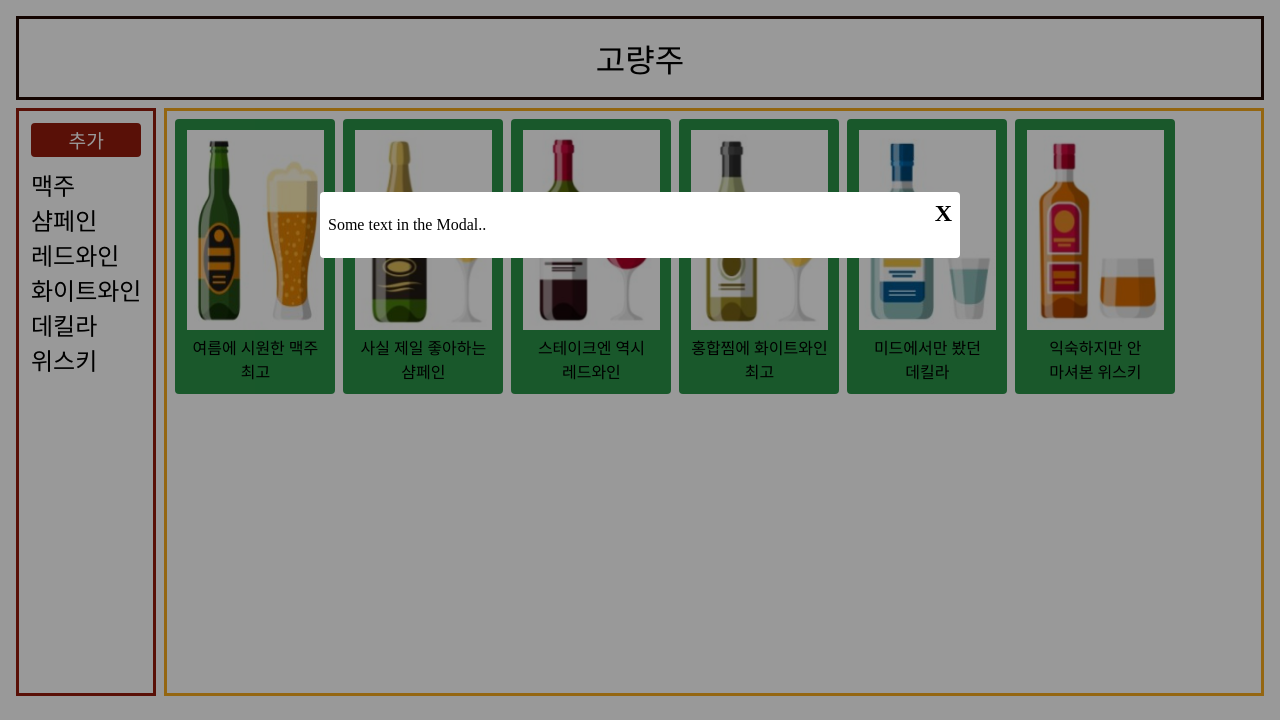
Repository: Jay-JYKim91/grj_2nd_week
Page: index.html
An editor plug-in stored every save of this project. The page is shown before and after the next save, followed by the edit.
The browser window is 1280 px wide. The pictures show the whole page.
Some web fonts or font styles are not loaded; a fallback is used.

Above is the page before, as saved 2022-05-16 16:46:12.

### index.html
<!DOCTYPE html>
<html lang="en">
<head>
    <meta charset="UTF-8">
    <meta http-equiv="X-UA-Compatible" content="IE=edge">
    <meta name="viewport" content="width=device-width, initial-scale=1.0">
    <title>고량주 2주차</title>
    <link rel="stylesheet" href="./styles.css">
    <script src="./main.js" defer></script>
</head>
<body>
    <header>
        <span>고량주</span>
    </header>
    <main>
        <aside>
            <button id="openModalBtn">추가</button>
            <span>맥주</span>
            <span>샴페인</span>
            <span>레드와인</span>
            <span>화이트와인</span>
            <span>데킬라</span>
            <span>위스키</span>
        </aside>
        <section class="cards">
            <div class="card">
                <img src="./images/beer.png" alt="beer">
                <span>여름에 시원한 맥주 최고</span>
            </div>
            <div class="card">
                <img src="./images/champagne.png" alt="champagne">
                <span>사실 제일 좋아하는 샴페인</span>
            </div>
            <div class="card">
                <img src="./images/red_wine.png" alt="red_wine">
                <span>스테이크엔 역시 레드와인</span>
            </div>
            <div class="card">
                <img src="./images/white_wine.png" alt="white_wine">
                <span>홍합찜에 화이트와인 최고</span>
            </div>
            <div class="card">
                <img src="./images/tequila.png" alt="tequila">
                <span>미드에서만 봤던 데킬라</span>
            </div>
            <div class="card">
                <img src="./images/whiskey.png" alt="whiskey">
                <span>익숙하지만 안 마셔본 위스키</span>
            </div>
        </section>
    </main>

    <div id="addItemModal" class="modal">
        <form class="modal-content">
            <span class="close">X</span>
            <p>Some text in the Modal..</p>
        </form>
    </div>
</body>
</html>

### styles.css
@import url("https://fonts.googleapis.com/css2?family=Hahmlet:wght@400;500&display=swap");

* {
  box-sizing: border-box;
  font-family: "Hahmlet", serif;
}

html,
body {
  height: 100%;
  margin: 0;
}

body {
  padding: 1rem;
}

header {
  border: 3px solid #220901;
  padding: 0.5em;
  font-size: 2rem;
  text-align: center;
}

main {
  display: flex;
  margin: 0.5rem 0;
  gap: 0.5rem;
  height: calc(100% - 100px);
}

aside {
  display: flex;
  flex-direction: column;
  border: 3px solid #941b0c;
  padding: 0.5em;
  font-size: 1.5rem;
  min-width: max-content;
}

#openModalBtn {
  background-color: #941b0c;
  border-radius: 4px;
  border: 2px solid #941b0c;
  color: white;
  font-size: 1.2rem;
  margin-bottom: 0.5em;
}

#openModalBtn:hover {
  background-color: white;
  color: #941b0c;
  cursor: pointer;
}

.cards {
  display: flex;
  flex-wrap: wrap;
  border: 3px solid #f6aa1c;
  padding: 0.5em;
  gap: 0.5em;
  overflow-y: scroll;
  width: 100%;
}

.card {
  display: flex;
  flex-direction: column;
  background-color: #2b9348;
  padding: 0.7em;
  text-align: center;
  word-break: keep-all;
  height: fit-content;
  border-radius: 4px;
  width: 10rem;
}

.card img {
  height: 200px;
  margin-bottom: 0.3em;
}

@media only screen and (max-width: 600px) {
  .card {
    background-color: #ffff3f;
  }
}

@media only screen and (min-width: 601px) and (max-width: 768px) {
  .card {
    background-color: #d4d700;
  }
}

@media only screen and (min-width: 769px) and (max-width: 992px) {
  .card {
    background-color: #80b918;
  }
}

/* The Modal (background) */
.modal {
  /* display: none; Hidden by default */
  position: fixed; /* Stay in place */
  z-index: 1; /* Sit on top */
  left: 0;
  top: 0;
  width: 100%; /* Full width */
  height: 100%; /* Full height */
  overflow: auto; /* Enable scroll if needed */
  background-color: rgb(0, 0, 0); /* Fallback color */
  background-color: rgba(0, 0, 0, 0.4); /* Black w/ opacity */
}

/* Modal Content/Box */
.modal-content {
  background-color: white;
  margin: 15% auto; /* 15% from the top and centered */
  padding: 0.5em;
  border-radius: 4px;
  width: 50%; /* Could be more or less, depending on screen size */
}

/* The Close Button */
.close {
  color: black;
  float: right;
  font-size: 1.5rem;
  font-weight: bold;
}

.close:hover,
.close:focus {
  cursor: pointer;
}

Loaded but not shown: main.js (common file)

After the next save:
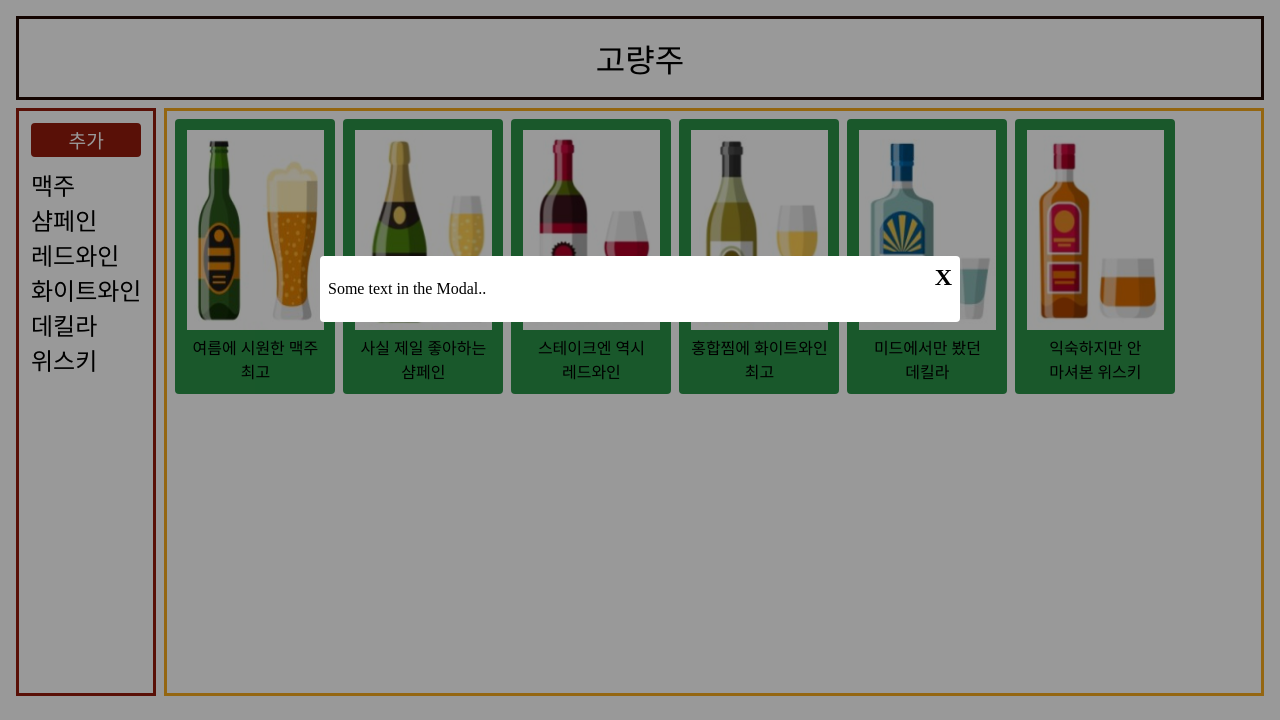
Saved 12 s later.
--- a/styles.css
+++ b/styles.css
@@ -115,7 +115,7 @@ aside {
 /* Modal Content/Box */
 .modal-content {
   background-color: white;
-  margin: 15% auto; /* 15% from the top and centered */
+  margin: 20% auto; /* 15% from the top and centered */
   padding: 0.5em;
   border-radius: 4px;
   width: 50%; /* Could be more or less, depending on screen size */
